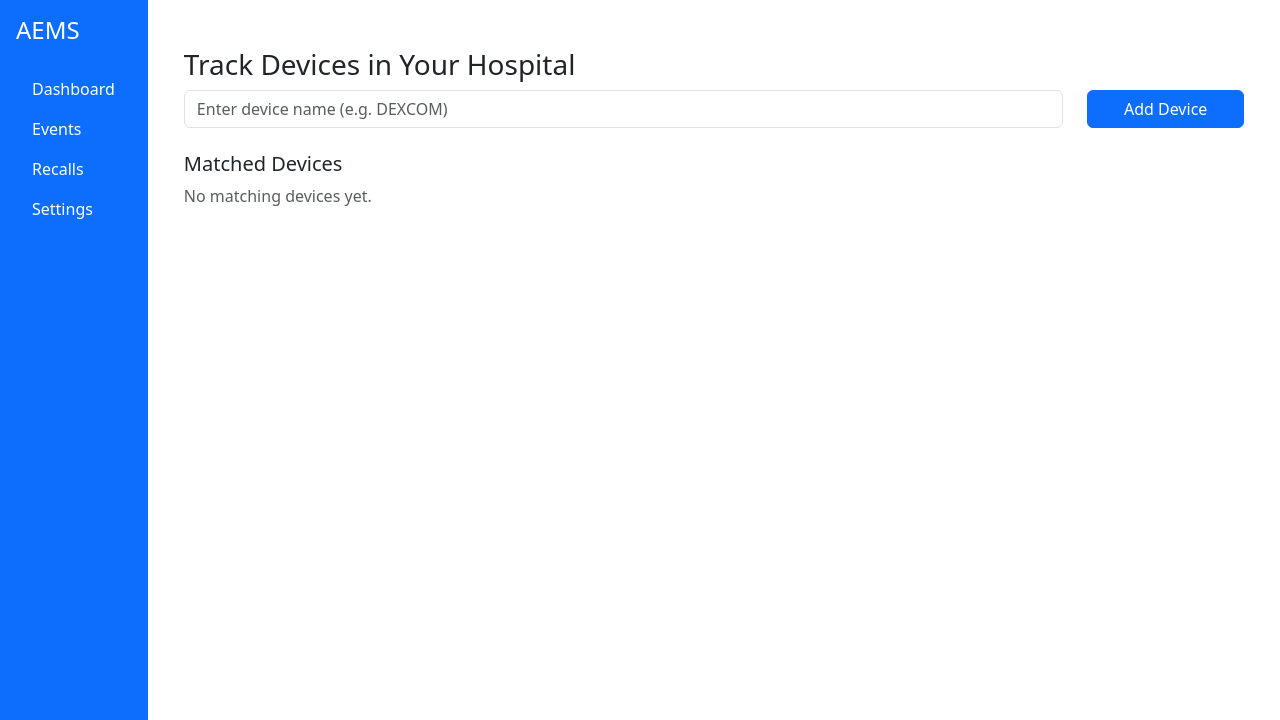
Repository: Sarary2/AEMS_2MVP
Page: /tracked (app in frontend/AEMS/)
These files come from the project's save history. The page is drawn as it stood at one moment and after the next save; the edit follows.
The browser window is 1280 px wide. The pictures show the whole page.
The project was rebuilt for these pictures with package versions that can differ from the ones it lists, and the page was loaded fresh each time. Also part of the build but not shown: frontend/AEMS/vite.config.js, frontend/AEMS/src/components/StatCard.jsx, frontend/AEMS/src/components/DeviceRow.jsx, frontend/AEMS/src/components/StatusChart.jsx, frontend/AEMS/src/components/EventsChart.jsx, frontend/AEMS/src/pages/Dashboard.jsx, frontend/AEMS/src/pages/Events.jsx, frontend/AEMS/src/firebase.js and 2 more.

Above is the page before, as saved 2025-05-06 08:22:59.

### frontend/AEMS/src/main.jsx
import React from 'react';
import ReactDOM from 'react-dom/client';
import App from './App.jsx';
import 'bootstrap/dist/css/bootstrap.min.css';

ReactDOM.createRoot(document.getElementById('root')).render(
  <React.StrictMode>
    <App />
  </React.StrictMode>
);

### frontend/AEMS/src/App.jsx
import { BrowserRouter as Router, Routes, Route, useLocation } from 'react-router-dom';
import Sidebar from './components/Sidebar';
import Dashboard from './pages/Dashboard';
import Events from './pages/Events';
import Login from './pages/Login';
import Register from './pages/Register';
import TrackedDevices from './pages/TrackedDevices';
function LayoutWithSidebar({ children }) {
  return (
    <div className="d-flex">
      <Sidebar />
      <div className="p-4 flex-grow-1">
        {children}
      </div>
    </div>
  );
}

function AppRoutes() {
  const location = useLocation();
  const hideSidebar = ['/login', '/register'].includes(location.pathname);

  return (
    hideSidebar ? (
      <Routes>
        <Route path="/login" element={<Login />} />
        <Route path="/register" element={<Register />} />
      </Routes>
    ) : (
      <LayoutWithSidebar>
        <Routes>
          <Route path="/" element={<Dashboard />} />
          <Route path="/events" element={<Events />} />
          <Route path="/tracked" element={<TrackedDevices />} />
        </Routes>
      </LayoutWithSidebar>
    )
  );
}

export default function App() {
  return (
    <Router>
      <AppRoutes />
    </Router>
  );
}

### frontend/AEMS/src/components/Sidebar.jsx
import { Link } from 'react-router-dom';

export default function Sidebar() {
  return (
    <div className="bg-primary text-white vh-100 p-3">
      <h4 className="text-white">AEMS</h4>
      <ul className="nav flex-column mt-4">
        <li className="nav-item"><Link className="nav-link text-white" to="/">Dashboard</Link></li>
        <li className="nav-item"><Link className="nav-link text-white" to="/events">Events</Link></li>
        <li className="nav-item"><Link className="nav-link text-white" to="/recalls">Recalls</Link></li>
        <li className="nav-item"><Link className="nav-link text-white" to="/settings">Settings</Link></li>
        <li className="nav-item">
  <a className="nav-link" href="/tracked">My Devices</a>
</li>
      </ul>
    </div>
  );
}

### frontend/AEMS/src/pages/TrackedDevices.jsx
import { useEffect, useState } from 'react';

export default function TrackedDevices() {
  const [deviceName, setDeviceName] = useState('');
  const [tracked, setTracked] = useState(() => {
    return JSON.parse(localStorage.getItem('trackedDevices') || '[]');
  });
  const [matched, setMatched] = useState([]);

  const handleAdd = () => {
    const name = deviceName.trim();
    if (!name || tracked.includes(name)) return;

    const updated = [...tracked, name];
    setTracked(updated);
    localStorage.setItem('trackedDevices', JSON.stringify(updated));
    setDeviceName('');
  };

  const handleRemove = (name) => {
    const updated = tracked.filter(d => d !== name);
    setTracked(updated);
    localStorage.setItem('trackedDevices', JSON.stringify(updated));
  };

  useEffect(() => {
    if (tracked.length > 0) {
      fetch('http://localhost:5001/api/devices/all')
        .then(res => res.json())
        .then(data => {
          const filtered = data.filter(d =>
            tracked.some(t =>
              d.deviceName.toLowerCase().includes(t.toLowerCase())
            )
          );
          setMatched(filtered);
        })
        .catch(err => console.error('Match fetch failed', err));
    } else {
      setMatched([]);
    }
  }, [tracked]);

  return (
    <div className="container mt-4">
      <h3>Track Devices in Your Hospital</h3>

      <div className="row mb-4">
        <div className="col-md-10">
          <input
            placeholder="Enter device name (e.g. DEXCOM)"
            className="form-control"
            value={deviceName}
            onChange={e => setDeviceName(e.target.value)}
          />
        </div>
        <div className="col-md-2">
          <button className="btn btn-primary w-100" onClick={handleAdd}>
            Add Device
          </button>
        </div>
      </div>

      <h5>Matched Devices</h5>
      {matched.length > 0 ? (
        <table className="table table-bordered">
          <thead className="table-light">
            <tr>
              <th>Name</th>
              <th>Model</th>
              <th>Status</th>
              <th>Harm Status</th>
              <th>Action</th>
            </tr>
          </thead>
          <tbody>
            {matched.map((d, i) => (
              <tr key={i}>
                <td>{d.deviceName}</td>
                <td>{d.model}</td>
                <td><span className={`badge bg-${statusColor(d.status)}`}>{d.status}</span></td>
                <td><span className={`badge bg-${statusColor(d.harmStatus)}`}>{d.harmStatus}</span></td>
                <td>
                  <button className="btn btn-sm btn-outline-danger" onClick={() => handleRemove(d.deviceName)}>
                    Remove
                  </button>
                </td>
              </tr>
            ))}
          </tbody>
        </table>
      ) : (
        <p className="text-muted">No matching devices yet.</p>
      )}
    </div>
  );
}

function statusColor(status) {
  const map = { Safe: 'success', Warning: 'warning', Critical: 'danger' };
  return map[status] || 'secondary';
}

Loaded but not shown: frontend/AEMS/index.html (common file)

After the next save:
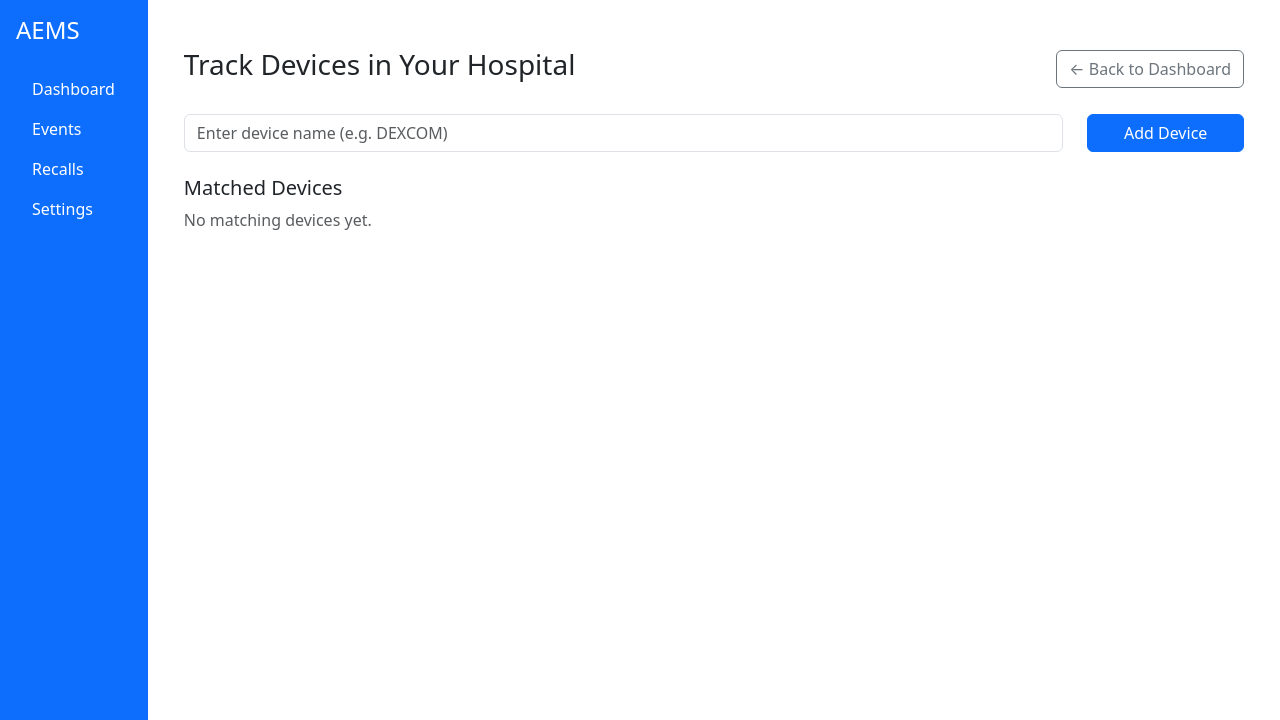
Saved 112 s later.
--- a/frontend/AEMS/src/pages/TrackedDevices.jsx
+++ b/frontend/AEMS/src/pages/TrackedDevices.jsx
@@ -1,4 +1,5 @@
 import { useEffect, useState } from 'react';
+import { useNavigate } from 'react-router-dom';
 
 export default function TrackedDevices() {
   const [deviceName, setDeviceName] = useState('');
@@ -6,19 +7,20 @@ export default function TrackedDevices() {
     return JSON.parse(localStorage.getItem('trackedDevices') || '[]');
   });
   const [matched, setMatched] = useState([]);
+  const navigate = useNavigate();
 
   const handleAdd = () => {
     const name = deviceName.trim();
-    if (!name || tracked.includes(name)) return;
+    if (!name || tracked.includes(name.toLowerCase())) return;
 
-    const updated = [...tracked, name];
+    const updated = [...tracked, name.toLowerCase()];
     setTracked(updated);
     localStorage.setItem('trackedDevices', JSON.stringify(updated));
     setDeviceName('');
   };
 
   const handleRemove = (name) => {
-    const updated = tracked.filter(d => d !== name);
+    const updated = tracked.filter(d => d !== name.toLowerCase());
     setTracked(updated);
     localStorage.setItem('trackedDevices', JSON.stringify(updated));
   };
@@ -30,7 +32,7 @@ export default function TrackedDevices() {
         .then(data => {
           const filtered = data.filter(d =>
             tracked.some(t =>
-              d.deviceName.toLowerCase().includes(t.toLowerCase())
+              d.deviceName.toLowerCase().includes(t)
             )
           );
           setMatched(filtered);
@@ -43,7 +45,12 @@ export default function TrackedDevices() {
 
   return (
     <div className="container mt-4">
-      <h3>Track Devices in Your Hospital</h3>
+      <div className="d-flex justify-content-between align-items-center mb-4">
+        <h3>Track Devices in Your Hospital</h3>
+        <button className="btn btn-outline-secondary" onClick={() => navigate('/')}>
+          ← Back to Dashboard
+        </button>
+      </div>
 
       <div className="row mb-4">
         <div className="col-md-10">
